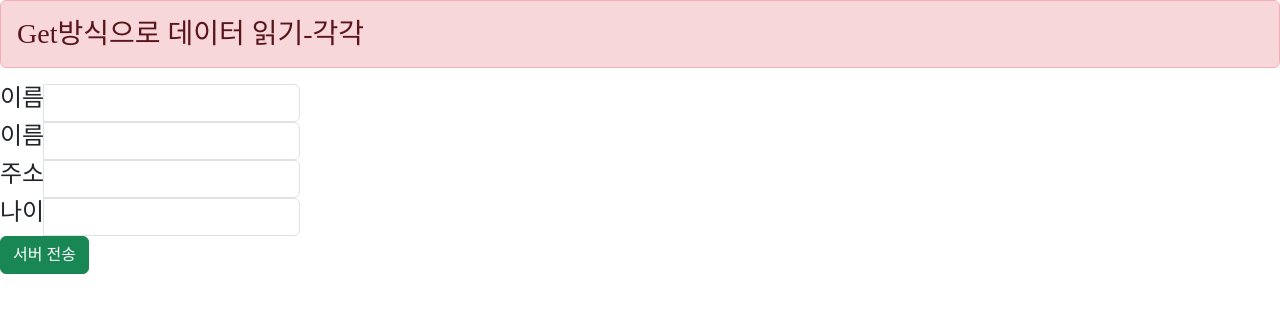
Repository: hyuck9409/newnaver0314
Page: http://localhost/SpringMvcEx2/form1
The author's editor kept a copy of each file at every save. The page is drawn from the files as they stood at one save, then again after the next save.
The browser window is 1280 px wide. The pictures show the whole page.
Some web fonts or font styles are not loaded; a fallback is used. The page is served by Tomcat 9. Other server files are loaded and not shown.

Above is the page before, as saved 2024-05-20 02:08:24.

### naver0314devops11/springwork/SpringMvcEx2/src/main/webapp/WEB-INF/form1/myform1.jsp
<%@ page language="java" contentType="text/html; charset=UTF-8"
   pageEncoding="UTF-8"%>
<%@taglib prefix="c" uri="http://java.sun.com/jsp/jstl/core"%>
<%@taglib prefix="fmt" uri="http://java.sun.com/jsp/jstl/fmt" %>
<!DOCTYPE html>
<html>
<head>
<meta charset="UTF-8">
<title>Insert title here</title>
<link href="https://cdn.jsdelivr.net/npm/bootstrap@5.3.3/dist/css/bootstrap.min.css" rel="stylesheet">
<script src="https://cdn.jsdelivr.net/npm/bootstrap@5.3.3/dist/js/bootstrap.bundle.min.js"></script>
<link rel="stylesheet" href="https://cdn.jsdelivr.net/npm/bootstrap-icons@1.8.0/font/bootstrap-icons.css">
<link href="https://fonts.googleapis.com/css2?family=Caveat:wght@400..700&family=Dancing+Script:wght@400..700&family=East+Sea+Dokdo&family=Jua&family=Gaegu&family=Gamja+Flower&family=Pacifico&family=Single+Day&display=swap" rel="stylesheet">
   <script src="https://code.jquery.com/jquery-3.7.0.js"></script>
   <style>
       body *{
           font-family: 'Jua';
       }
   </style>
</head>
<body>
<h3 class="alert alert-danger">Get방식으로 데이터 읽기-각각</h3>
<form action="./read1" method="get">
<div class="input-group" style="width:300px;">
<h4>이름</h4>
<input type="text" name="name" class="form-control">
</div>

<div class="input-group" style="width:300px;">
<h4>이름</h4>
<input type="text" name="name" class="form-control">
</div>

<div class="input-group" style="width:300px;">
<h4>주소</h4>
<input type="text" name="addr" class="form-control">
</div>

<div class="input-group" style="width:300px;">
<h4>나이</h4>
<input type="text" name="age" class="form-control">
</div>
<button type="submit" class="btn btn-success">서버 전송</button>

</form>
</body>
</html>

After the next save:
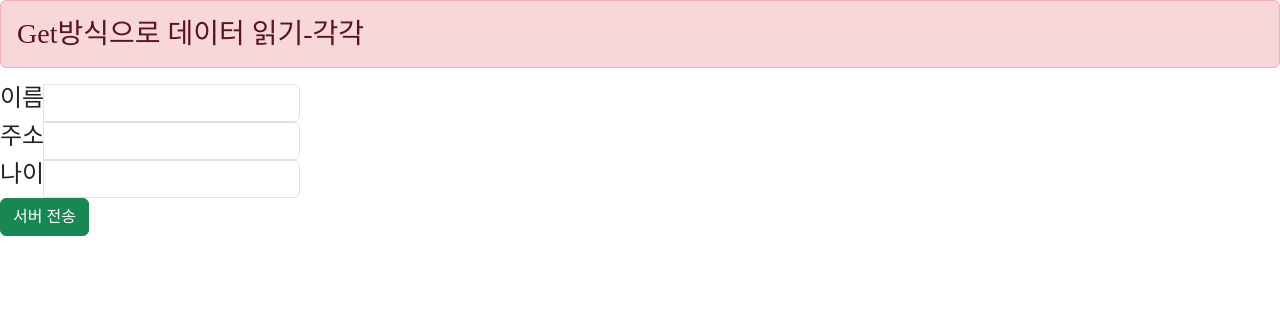
Saved 13 s later.
--- a/naver0314devops11/springwork/SpringMvcEx2/src/main/webapp/WEB-INF/form1/myform1.jsp
+++ b/naver0314devops11/springwork/SpringMvcEx2/src/main/webapp/WEB-INF/form1/myform1.jsp
@@ -27,11 +27,6 @@
 </div>
 
 <div class="input-group" style="width:300px;">
-<h4>이름</h4>
-<input type="text" name="name" class="form-control">
-</div>
-
-<div class="input-group" style="width:300px;">
 <h4>주소</h4>
 <input type="text" name="addr" class="form-control">
 </div>
